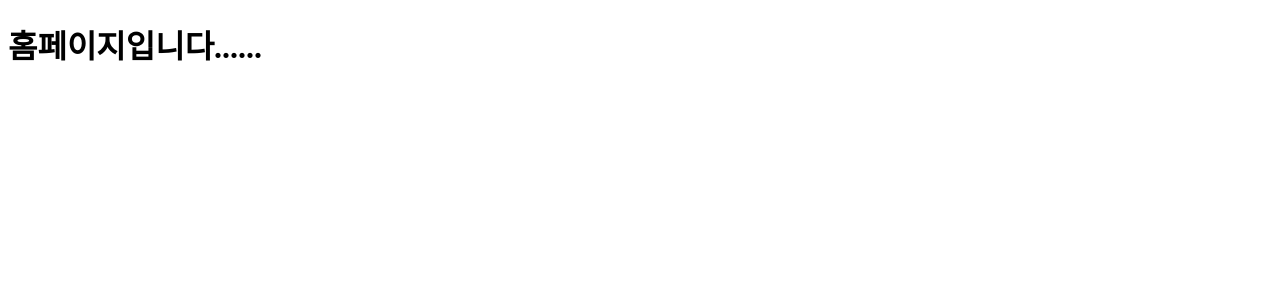
Repository: gwangso/web
Page: http://localhost/ex02/
These files come from the project's save history. The page is drawn as it stood at one moment and after the next save; the edit follows.
The browser window is 1280 px wide. The pictures show the whole page.
The page is served by Tomcat 9.

Above is the page before, as saved 2023-07-25 00:15:44.

After the next save:
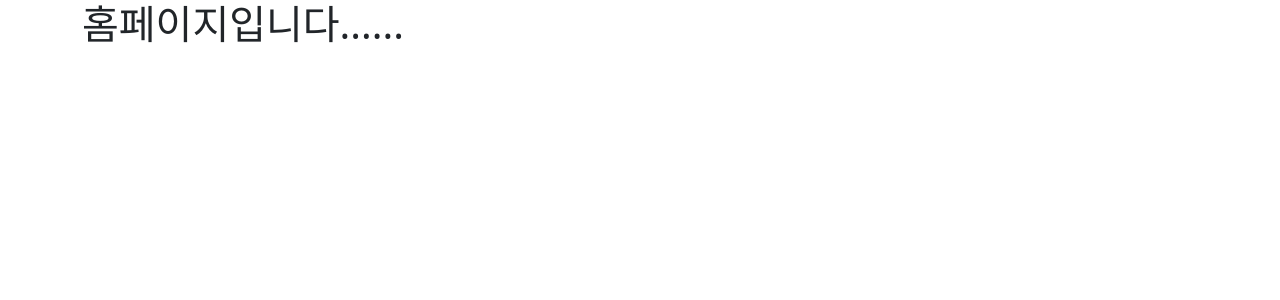
Saved 3 min 53 s later.
--- a/ex02/src/main/webapp/home.jsp
+++ b/ex02/src/main/webapp/home.jsp
@@ -3,10 +3,25 @@
 <!DOCTYPE html>
 <html>
 <head>
-<meta charset="UTF-8">
-<title>상품관리프로그램</title>
+	<meta charset="UTF-8">
+	<title>상품관리프로그램</title>
+
+	<!-- 부트스트랩 -->
+	<!-- CSS only -->
+	<link href="https://cdn.jsdelivr.net/npm/bootstrap@5.2.3/dist/css/bootstrap.min.css" rel="stylesheet" integrity="sha384-rbsA2VBKQhggwzxH7pPCaAqO46MgnOM80zW1RWuH61DGLwZJEdK2Kadq2F9CUG65" crossorigin="anonymous">
+	<!-- JavaScript Bundle with Popper -->
+	<script src="https://cdn.jsdelivr.net/npm/bootstrap@5.2.3/dist/js/bootstrap.bundle.min.js" integrity="sha384-kenU1KFdBIe4zVF0s0G1M5b4hcpxyD9F7jL+jjXkk+Q2h455rYXK/7HAuoJl+0I4" crossorigin="anonymous"></script>
+
 </head>
 <body>
-	<h1>홈페이지입니다......</h1>
+	<div class="container">
+		<div class="row">
+			<div class="col">
+				<h1>홈페이지입니다......</h1>
+
+
+			</div>
+		</div>
+	</div>
 </body>
 </html>
